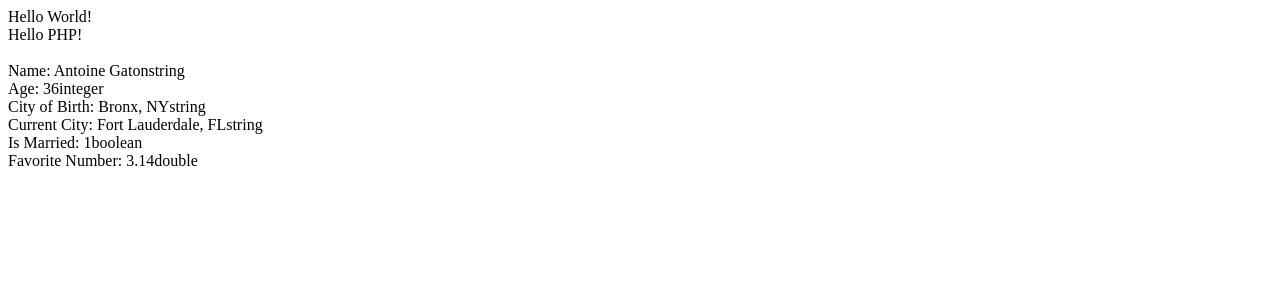
Repository: AntoineGaton/PHP
Page: http://localhost/hello_world/index.php
The author's editor kept a copy of each file at every save. The page is drawn from the files as they stood at one save, then again after the next save.
The browser window is 1280 px wide. The pictures show the whole page.
The page is run by PHP 8.4 with error messages shown; the project is at /var/www/html/.

Above is the page before, as saved 2025-03-25 18:02:50.

After the next save:
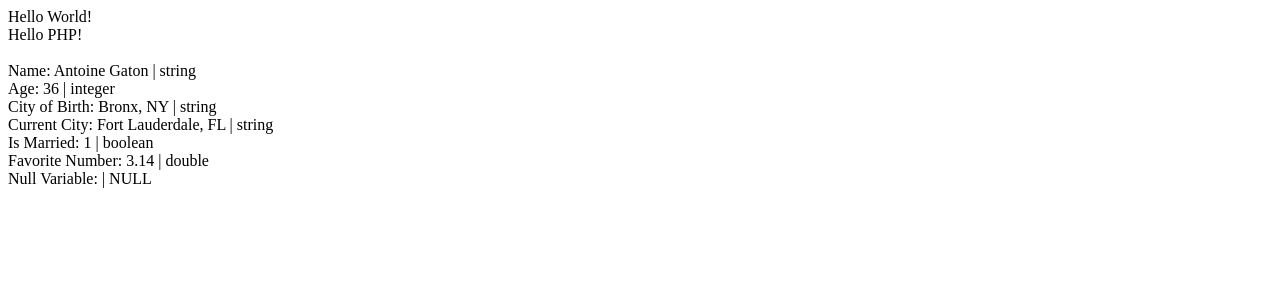
Saved 29 s later.
--- a/hello_world/index.php
+++ b/hello_world/index.php
@@ -31,22 +31,25 @@
 
     //Print Variables
     echo "Name: {$name}";
-    echo gettype($name);
+    echo " | " . gettype($name);
     echo "<br>";
     echo "Age: $age";
-    echo gettype($age);
+    echo " | " . gettype($age);
     echo "<br>";
     echo "City of Birth: $city_of_birth";
-    echo gettype($city_of_birth);
+    echo " | " . gettype($city_of_birth);
     echo "<br>";
     echo "Current City: $current_city";
-    echo gettype($current_city);
+    echo " | " . gettype($current_city);
     echo "<br>";
     echo "Is Married: $is_married";
-    echo gettype($is_married);
+    echo " | " . gettype($is_married);
     echo "<br>";
     echo "Favorite Number: $favorite_number";
-    echo gettype($favorite_number);
+    echo " | " . gettype($favorite_number);
+    echo "<br>";
+    echo "Null Variable: $null_variable";
+    echo " | " . gettype($null_variable);
     echo "<br>";
     ?>
 </body>
